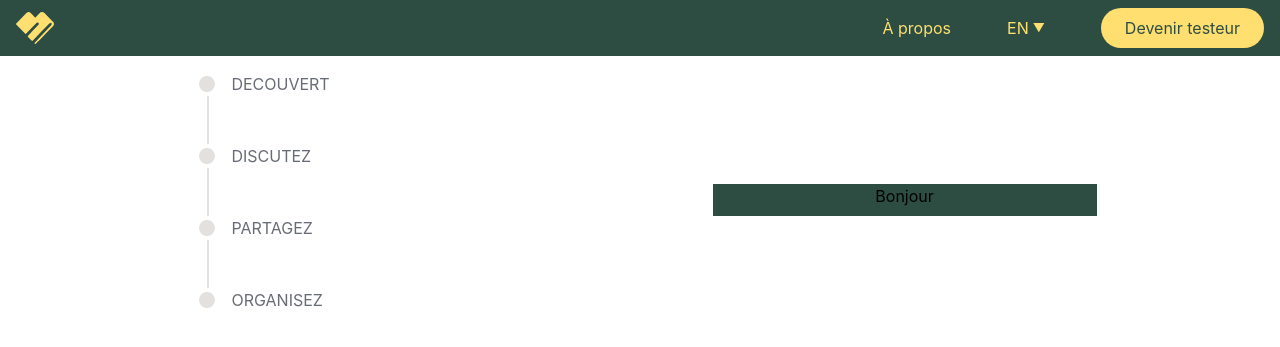
Repository: enas-elm/bookish-landing
Page: /
The author's editor kept a copy of each file at every save. The page is drawn from the files as they stood at one save, then again after the next save.
The browser window is 1280 px wide. The pictures show the whole page.
The project was rebuilt for these pictures with package versions that can differ from the ones it lists, and the page was loaded fresh each time.

Above is the page before, as saved 2024-09-11 16:47:50.

### src/index.css
@tailwind base;
@tailwind components;
@tailwind utilities;

body {
  margin: 0;
  font-family: -apple-system, BlinkMacSystemFont, 'Segoe UI', 'Roboto', 'Oxygen',
    'Ubuntu', 'Cantarell', 'Fira Sans', 'Droid Sans', 'Helvetica Neue',
    sans-serif;
  -webkit-font-smoothing: antialiased;
  -moz-osx-font-smoothing: grayscale;
}

code {
  font-family: source-code-pro, Menlo, Monaco, Consolas, 'Courier New',
    monospace;
}

@layer base {
  @font-face {
      font-family: 'DM Sans Italic';
      src: url('../public/font/DMSans-VariableFont_opsz,wght.ttf') format('truetype');
      font-weight: 100 900;
       font-style: italic;
  }
  @font-face {
        font-family: "Passion One";
        src: url('../public/font/PassionOne-Regular.ttf') format('truetype');
        font-weight: normal;
        font-style: normal;
    }
    @font-face {
            font-family: "DM Display";
            src: url('../public/font/DMSerifDisplay-Regular.ttf') format('truetype');
            font-weight: normal;
            font-style: normal;
        }
    @font-face {
                font-family: "Inter";
                src: url('../public/font/Inter-VariableFont_opsz,wght.ttf') format('truetype');
                font-weight: 700;
            }
}

### src/App.js
import "./App.css";
import Navbar from "./components/Navbar";
import "./index.css";
import TimeLine from "./components/TimeLine";

function App() {
  return (
    <div className="App">
      <header className="header">
        <Navbar />
      </header>
      <TimeLine />
    </div>
  );
}

export default App;

### src/components/Navbar.js
import React, { useState, useRef, useEffect } from 'react'

const Navbar = () => {
  const [language, setLanguage] = useState('EN')
  const [dropdownOpen, setDropdownOpen] = useState(false)
  const dropdownRef = useRef(null)

  const toggleDropdown = () => {
    setDropdownOpen(!dropdownOpen)
  };

  const selectLanguage = (lang) => {
    setLanguage(lang)
    setDropdownOpen(false)
  };

  useEffect(() => {
    const handleClickOutside = (event) => {
      if (dropdownRef.current && !dropdownRef.current.contains(event.target)) {
        setDropdownOpen(false)
      }
    };
    document.addEventListener('mousedown', handleClickOutside)
    return () => {
      document.removeEventListener('mousedown', handleClickOutside)
    };
  }, [])

  return (
    <nav className="w-full bg-green px-4 py-2 flex justify-between items-center">
      <div className="flex-shrink-0">
        <img src="/Vector-jaune.svg" alt="Bookish" className="h-8" />
      </div>

      <div className="flex items-center gap-5 justify-end space-x-6">
        <a href="/about" className="hover:underline text-yellow">
          À propos
        </a>
        <div className="relative" ref={dropdownRef}>
          <button
            className="bg-transparent text-yellow px-3 py-1 focus:outline-none flex items-center gap-1"
            onClick={toggleDropdown}
          >
            {language} <span className="text-xs">▼</span>
          </button>

          {dropdownOpen && (
            <div className="absolute right-0 mt-2 py-2 w-32 bg-white text-black rounded-md shadow-lg z-10">
              <button
                className={`block w-full text-left px-4 py-2 hover:bg-gris ${language === 'EN' ? 'bg-gris' : ''}`}
                onClick={() => selectLanguage('EN')}
              >
                EN
              </button>
              <button
                className={`block w-full text-left px-4 py-2 hover:bg-gris ${language === 'FR' ? 'bg-gris' : ''}`}
                onClick={() => selectLanguage('FR')}
              >
                FR
              </button>
            </div>
          )}
        </div>

        <button className="bg-yellow text-green px-6 py-2 rounded-full hover:bg-yellow-500 hover:scale-105 hover:shadow-lg transition transform duration-300 ease-in-out">
          Devenir testeur
        </button>
      </div>
    </nav>
  )
}

export default Navbar

### src/components/TimeLine.js
import React, { useState } from "react";

const menuItems = [
  { id: 1, label: "DECOUVERT" },
  { id: 2, label: "DISCUTEZ" },
  { id: 3, label: "PARTAGEZ" },
  { id: 4, label: "ORGANISEZ" },
];

function TimelineMenu() {
  const [selectedItem, setSelectedItem] = useState(null);

  const handleClick = (id) => {
    setSelectedItem(id);
  };

  return (
    <div className="lg:flex lg:flex-row lg:justify-around lg:items-center">
      <div className="flex flex-col items-start p-4">
        {menuItems.map((item, index) => (
          <div key={item.id} className="flex flex-col items-start">
            {/* Timeline Item */}
            <div
              onClick={() => handleClick(item.id)}
              className={`flex items-center cursor-pointer transition-colors mb-4 ${
                selectedItem === item.id ? "text-green " : "text-gray-700"
              }`}
            >
              <div
                className={`w-4 h-4 rounded-full border-2 mr-4 transition-colors ${
                  selectedItem === item.id ? "bg-green" : "bg-gris border-gris"
                }`}
              ></div>
              <span
                className={`transition-transform duration-300 text-3xl ${
                  selectedItem === item.id
                    ? "text-5xl font-bold "
                    : "text-base text-noirClair text-4xl"
                }`}
              >
                {item.label}
              </span>
            </div>
            {/* Vertical Line */}
            {index < menuItems.length - 1 && (
              <div
                className={`h-12 bg-gris -mt-4 border-gris border-l-2 ml-2 transition-colors ${
                  selectedItem === item.id
                    ? "border-blue-500"
                    : "border-gray-400"
                }`}
              ></div>
            )}
          </div>
        ))}
      </div>
      <div className="w-96 h-8 bg-green">
        <p>Bonjour</p>
      </div>
    </div>
  );
}

export default TimelineMenu;

### tailwind.config.js
/** @type {import('tailwindcss').Config} */
module.exports = {
  content: ["./src/**/*.{js,jsx,ts,tsx}"],
  theme: {
    colors: {
      green: "#2D4D43",
      greenlight: "#8EBDAF",
      white: "#FAFAFA",
      beige: "#D8CCB5",
      black: "#131313",
      gris: "#E4E0DE",
      "gris-foncé": "#1B1E28",
      yellow: "#FEDF6F",
      noirClair: "#686C74",
    },
    fontFamily: {
      "dm-sans-italic": ['"DM Sans Italic"', "sans-serif"],
      "passion-one": ["PassionOne-Regular"],
      "dm-display": ["DMSerifDisplay-Regular"],
      inter: ["Inter"],
    },
    extend: {},
  },
  plugins: [],
};

Loaded but not shown: public/index.html (common file); src/index.js (common file); src/reportWebVitals.js (common file); src/App.css (common file)

After the next save:
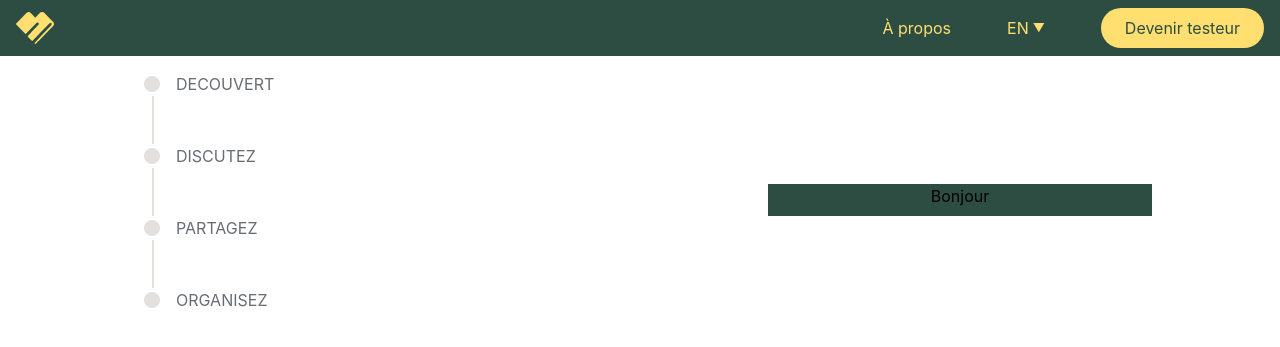
Saved 2 min 51 s later.
--- a/src/components/TimeLine.js
+++ b/src/components/TimeLine.js
@@ -16,7 +16,7 @@ function TimelineMenu() {
 
   return (
     <div className="lg:flex lg:flex-row lg:justify-around lg:items-center">
-      <div className="flex flex-col items-start p-4">
+      <div className="w-96 flex flex-col items-start p-4">
         {menuItems.map((item, index) => (
           <div key={item.id} className="flex flex-col items-start">
             {/* Timeline Item */}
